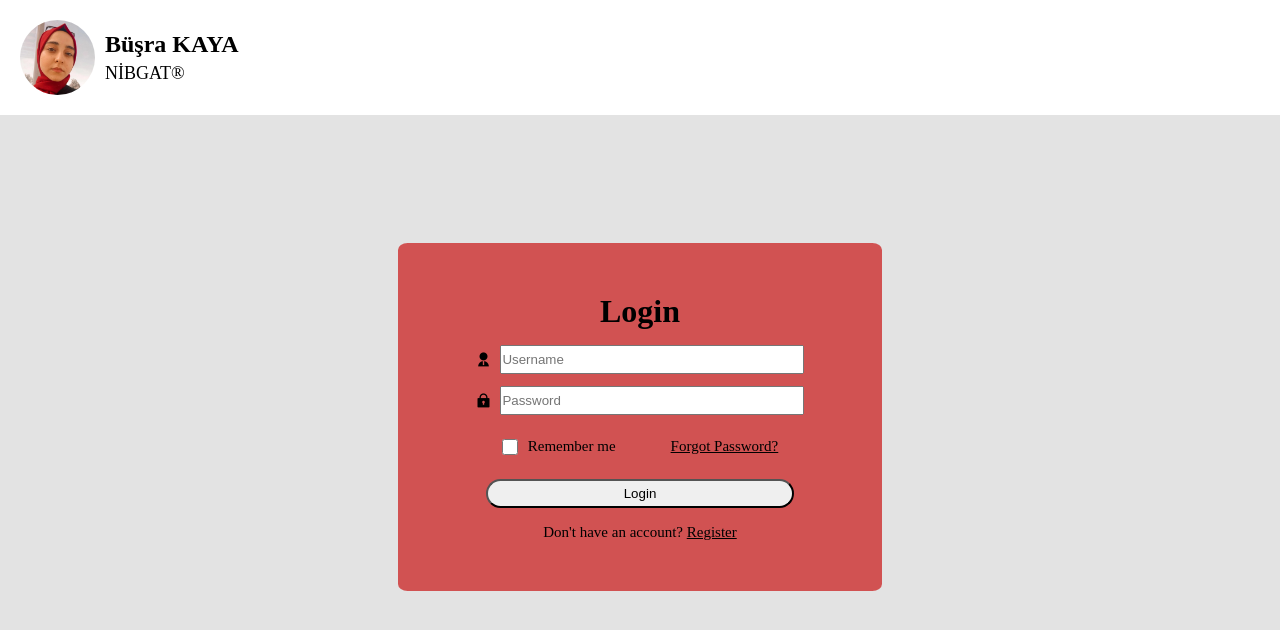
Repository: busra-kayaa/LoginPage
Page: login.html
These files come from the project's save history. The page is drawn as it stood at one moment and after the next save; the edit follows.
The browser window is 1280 px wide. The pictures show the whole page.

Above is the page before, as saved 2024-01-05 18:08:13.

After the next save:
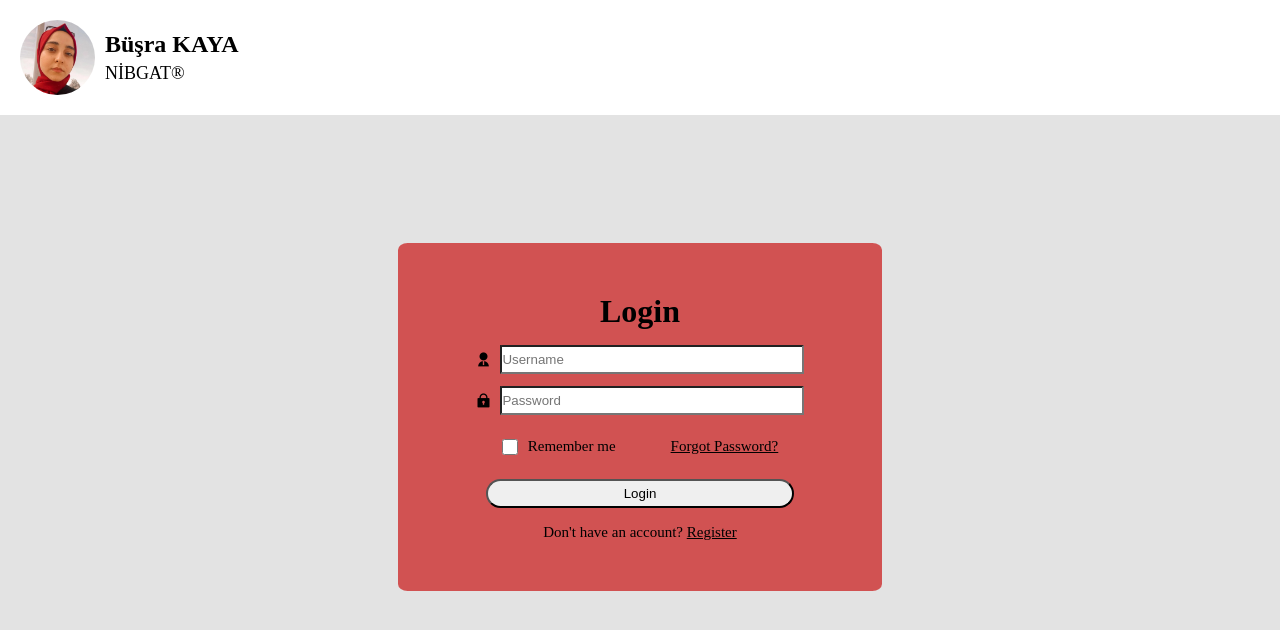
Saved 35 s later.
--- a/style.css
+++ b/style.css
@@ -89,7 +89,7 @@ body {
 .input-text {
     width: 300px;
     height: 25px;
-
+    border-radius: 1%;
 }
 
 .login__check,
